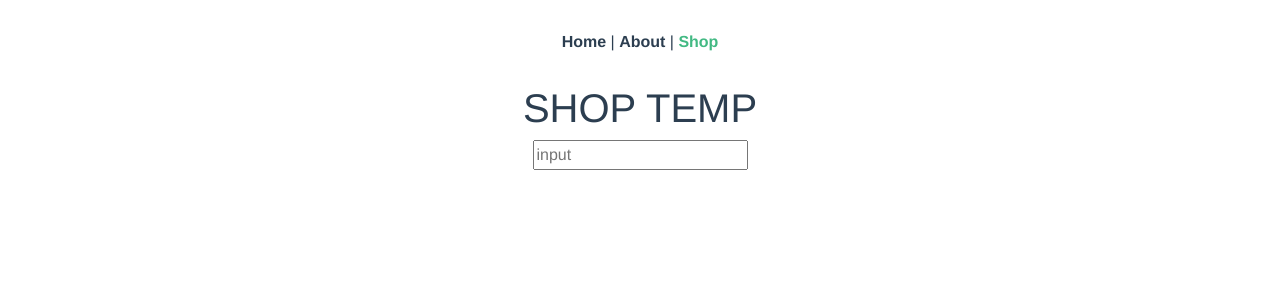
Repository: ramcd86/vuetest
Page: /#/shop
The author's editor kept a copy of each file at every save. The page is drawn from the files as they stood at one save, then again after the next save.
The browser window is 1280 px wide. The pictures show the whole page.
The project was rebuilt for these pictures with package versions that can differ from the ones it lists, and the page was loaded fresh each time. Requests to the local data server were answered from the project's data file. Also part of the build but not shown: src/components/HelloWorld.vue, src/views/Home.vue.

Above is the page before, as saved 2019-07-08 11:13:26.

After the next save:
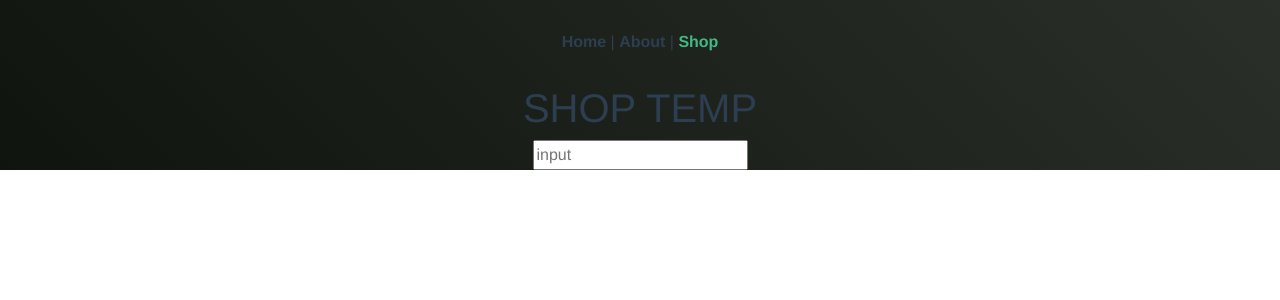
Saved 19 s later.
--- a/public/index.html
+++ b/public/index.html
@@ -9,7 +9,7 @@
     <link href="https://stackpath.bootstrapcdn.com/font-awesome/4.7.0/css/font-awesome.min.css" rel="stylesheet" integrity="sha384-wvfXpqpZZVQGK6TAh5PVlGOfQNHSoD2xbE+QkPxCAFlNEevoEH3Sl0sibVcOQVnN" crossorigin="anonymous">
     <title>storeapp</title>
     <style>
-    .container {
+    .container-fluid {
       color: #FFF;
       background: rgb(15,20,15);
       background: -moz-linear-gradient(45deg, rgba(15,20,15,1) 0%, rgba(42,47,41,1) 100%);
@@ -23,7 +23,7 @@
     <noscript>
       <strong>We're sorry but storeapp doesn't work properly without JavaScript enabled. Please enable it to continue.</strong>
     </noscript>
-    <main  class="container-flex">
+    <main  class="container-fluid">
     <div id="app"></div>
   </main>
     <!-- built files will be auto injected -->
